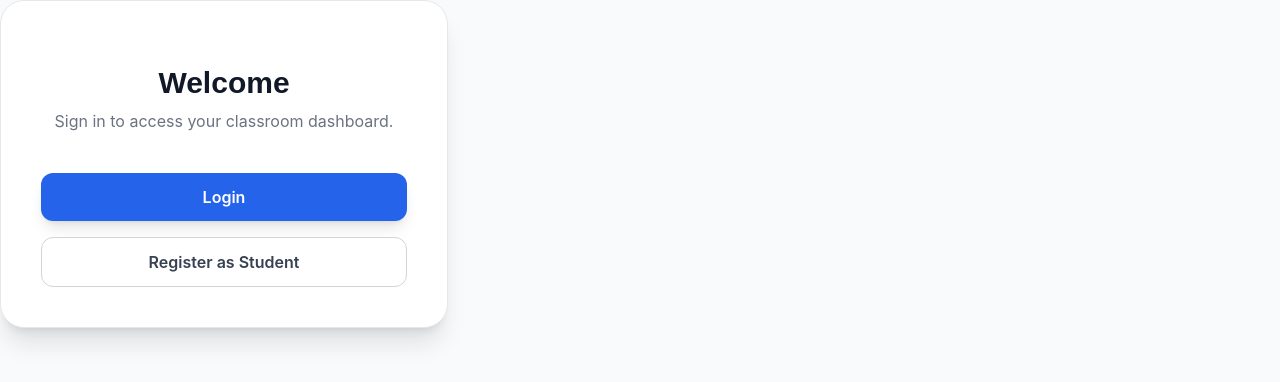
Repository: Chocovcandy/Classroom_Management_System
Page: http://localhost/Login_page
An editor plug-in stored every save of this project. The page is shown before and after the next save, followed by the edit.
The browser window is 1280 px wide. The pictures show the whole page.
Some web libraries are served in a nearby version. The page is served by the project's Laravel application, run on PHP 8.4 with Laravel 12. Other server files are loaded and not shown.

Above is the page before, as saved 2026-08-13 22:49:54.

### routes/web.php
<?php

use App\Http\Controllers\ProfileController;
use App\Http\Controllers\RoleSelectController;
use Illuminate\Support\Facades\Route;
use App\Http\Controllers\Admin\DepartmentController;
use App\Http\Controllers\Admin\UserController;

//public routes
Route::get('/', function () {
    return view('welcome');
})->name('welcome');

Route::get('/Login_page', function () {
    return view('Login_page');
})->name('Login_page');


// Authentication routes (login, register, etc.) are provided by Breeze
Route::middleware(['auth'])->group(function () {

    // Role selection (after login)
    Route::get('/role/select', [RoleSelectController::class, 'show'])
        ->name('role.select');

    Route::post('/role/select', [RoleSelectController::class, 'store'])
        ->name('role.select.store');

    // Profile (any logged-in user)
    Route::controller(ProfileController::class)->group(function () {
        Route::get('/profile', 'edit')->name('profile.edit');
        Route::patch('/profile', 'update')->name('profile.update');
        Route::delete('/profile', 'destroy')->name('profile.destroy');
    });

    // Admin routes
    Route::prefix('admin')
        ->name('admin.')
        ->middleware(['role:Admin'])
        ->group(function () {

            Route::view('/dashboard', 'admin.dashboard')
                ->name('dashboard');

            Route::resource('users', UserController::class);
            Route::resource('departments', DepartmentController::class);
        });

 // Dean rputes
    Route::prefix('dean')
        ->name('dean.')
        ->middleware(['role:Dean'])
        ->group(function () {
            Route::view('/dashboard', 'dean.dashboard')
                ->name('dashboard');
        });

    //HoD routes
    Route::prefix('hod')
        ->name('hod.')
        ->middleware(['role:HoD'])
        ->group(function () {
            Route::view('/dashboard', 'hod.dashboard')
                ->name('dashboard');
        });

    // Professor routes
    Route::prefix('professor')
        ->name('professor.')
        ->middleware(['role:Professor'])
        ->group(function () {
            Route::view('/dashboard', 'professor.dashboard')
                ->name('dashboard');
        });

    // Student routes
    Route::prefix('student')
        ->name('student.')
        ->middleware(['role:Student'])
        ->group(function () {
            Route::view('/dashboard', 'student.dashboard')
                ->name('dashboard');
        });


});

require __DIR__.'/auth.php';

### resources/views/Login_page.blade.php
<!DOCTYPE html>
<html lang="en">

<head>
    <meta charset="UTF-8">
    <meta name="viewport" content="width=device-width, initial-scale=1.0">
    <!--=============== BOXICONS ===============-->
    <link rel="stylesheet" href="https://cdn.jsdelivr.net/npm/boxicons@latest/css/boxicons.min.css">

    <link rel="stylesheet" href="/assets/css/login_style.css">
    <link rel="stylesheet" href="/assets/css/welcome_style.css">

    <title>Classroom Management System</title>

    <!-- Tailwind CDN (quick setup) -->
    <script src="https://cdn.tailwindcss.com"></script>
</head>
<body>


            <div class="min-h-screen bg-slate-50">





                    <!-- Right -->

                    <div class="w-full max-w-md bg-white rounded-3xl border border-gray-200 shadow-xl p-10">

                        <!-- Header -->
                        <div class="text-center">



                            <h2 class="mt-6 text-3xl font-bold text-gray-900">
                                Welcome
                            </h2>

                            <p class="mt-2 text-gray-500">
                                Sign in to access your classroom dashboard.
                            </p>

                        </div>

                        @guest

                            <div class="mt-10 space-y-4">

                                <a href="{{ route('login') }}"
                                    class="flex items-center justify-center rounded-xl bg-blue-600 py-3 font-semibold text-white shadow-lg hover:bg-blue-700 hover:shadow-xl transition duration-300">

                                    Login

                                </a>

                                @if (Route::has('register'))

                                    <a href="{{ route('register') }}"
                                        class="flex items-center justify-center rounded-xl border border-gray-300 bg-white py-3 font-semibold text-gray-700 hover:bg-gray-50 transition duration-300">

                                        Register as Student

                                    </a>

                                @endif

                            </div>

                        @endguest


                        @auth

                            @php
                                $role = auth()->user()->roles->first()->role_name ?? 'User';
                            @endphp

                            <div class="mt-8">

                                <!-- User Card -->
                                <div class="rounded-2xl bg-slate-50 border border-slate-200 p-5 text-center">

                                    <div
                                        class="mx-auto flex h-14 w-14 items-center justify-center rounded-full bg-blue-100 text-blue-700 font-bold text-xl">

                                        {{ strtoupper(substr(auth()->user()->name, 0, 1)) }}

                                    </div>

                                    <h3 class="mt-4 text-xl font-semibold text-gray-900">
                                        {{ auth()->user()->name }}
                                    </h3>

                                    <span
                                        class="inline-flex mt-2 rounded-full bg-blue-100 px-3 py-1 text-sm font-medium text-blue-700">

                                        {{ $role }}

                                    </span>

                                </div>

                                <!-- Dashboard Button -->

                                @if ($role === 'Admin')
                                <a href="{{ route('admin.dashboard') }}" @elseif ($role === 'Dean')
                                href="{{ route('dean.dashboard') }}" @elseif ($role === 'HoD')
                                    href="{{ route('hod.dashboard') }}" @elseif ($role === 'Professor')
                                    href="{{ route('professor.dashboard') }}" @elseif ($role === 'Student')
                                    href="{{ route('student.dashboard') }}" @endif
                                    class="mt-6 flex justify-center rounded-xl bg-emerald-600 py-3 font-semibold text-white shadow-lg hover:bg-emerald-700 transition">

                                    Go to Dashboard

                                </a>

                                <form method="POST" action="{{ route('logout') }}" class="mt-4">
                                    @csrf

                                    <button type="submit"
                                        class="w-full rounded-xl border border-red-300 py-3 font-medium text-red-600 hover:bg-red-50 transition">

                                        Logout

                                    </button>

                                </form>

                            </div>

                        @endauth

                    </div>
                </div>


    </div>


</body>

</html>

### public/assets/css/login_style.css
.img_svg8 svg {
    display: block;
    width: 100%;
    max-width: 420px;
    margin: 0 auto 0px;
}

### public/assets/css/welcome_style.css
/*=============== GOOGLE FONTS ===============*/
@import url("https://fonts.googleapis.com/css2?family=Poppins:wght@400;600;700&display=swap");
/*=============== VARIABLES CSS ===============*/
:root {
    --header-height: 3rem;
    /*========== Colors ==========*/
    --hue: 45;
    --sat: 98%;
    --first-color: hsl(var(--hue), var(--sat), 60%);
    --first-color-light: hsl(var(--hue), var(--sat), 85%);
    --first-color-lighten: hsl(var(--hue), var(--sat), 80%);
    --first-color-alt: hsl(var(--hue), var(--sat), 53%);
    --title-color: hsl(var(--hue), 4%, 15%);
    --text-color: hsl(var(--hue), 4%, 35%);
    --text-color-light: hsl(var(--hue), 4%, 65%);
    --body-color: hsl(var(--hue), 0%, 100%);
    --container-color: #fff;
    --scroll-bar-color: hsl(var(--hue), 4%, 85%);
    --scroll-thumb-color: hsl(var(--hue), 4%, 75%);
    /*========== Font and typography ==========*/
    --body-font: "Poppins", sans-serif;
    --biggest-font-size: 2rem;
    --h2-font-size: 1.25rem;
    --h3-font-size: 1.2rem;
    --normal-font-size: 0.938rem;
    --small-font-size: 0.813rem;
    --smaller-font-size: 0.75rem;
    /*========== Font weight ==========*/
    --font-semi-bold: 600;
    --font-bold: 700;
    /*========== Margenes ==========*/
    --mb-0-5: 0.5rem;
    --mb-0-75: 0.75rem;
    --mb-1: 1rem;
    --mb-1-5: 1.5rem;
    --mb-2: 2rem;
    /*========== z index ==========*/
    --z-tooltip: 10;
    --z-fixed: 100;
}

@media screen and (min-width: 968px) {
    :root {
        --biggest-font-size: 3rem;
        --h2-font-size: 1.75rem;
        --h3-font-size: 1.25rem;
        --normal-font-size: 1rem;
        --small-font-size: 0.875rem;
        --smaller-font-size: 0.813rem;
    }
}
/*=============== BASE ===============*/
*,
::before,
::after {
    box-sizing: border-box;
    padding: 0;
    margin: 0;
}

html {
    scroll-behavior: smooth;
    scroll-padding-top: 6rem;
}

body {
    margin: var(--header-height) 0 0 0;
    font-size: var(--normal-font-size);
    background: #f5f7fb;
    color: var(--text-color);
    transition: 0.5s;
    font-family: "Inter", sans-serif;
}

h1,
h2,
h3 {
    font-family: "Plus Jakarta Sans", sans-serif;
    color: var(--title-color);
    line-height: 1.5;
}

ul {
    list-style: none;
}

a {
    text-decoration: none;
}
section {
    scroll-margin-top: -70px;
}

.container {
    width: 70%;
    max-width: 1200px;
    margin: 0 auto;
    padding: 0 70px;
    box-sizing: border-box;
}
/*========== Button Dark/Light ==========*/
.change-theme {
    position: absolute;
    right: 1.5rem;
    top: 2.2rem;
    color: var(--title-color);
    font-size: 1.8rem;
    cursor: pointer;
}

.dark-theme .footer {
    background-color: var(--container-color);
}

/*=============== REUSABLE CSS CLASSES ===============*/
.section {
    padding: 4.5rem 0 1rem;
}

.section__title,
.section__title-center {
    font-size: var(--h2-font-size);
    color: var(--title-color);
    text-align: center;
    margin-bottom: var(--mb-1);
}

.svg__img {
    width: 300px;
    justify-self: center;
}

/*=============== LAYOUT ===============*/
.container {
    max-width: 1600px;
    margin-left: auto;
    margin-right: auto;
    /* background-color: red; */
}

.grid {
    display: grid;
    gap: 4.5rem;
}

/*=============== HEADER ===============*/
.header {
    position: fixed;
    top: 25px;
    left: 0;
    width: 100%;
    z-index: 1000;
    background: transparent;
}

/*=============== NAV ===============*/
.nav {
    max-width: 1300px;
    margin: 10px;
    height: 60px;
    display: flex;
    justify-content: space-between;
    align-items: center;

    padding: 0 20px;

    background: white;
    backdrop-filter: blur(20px);
    /* -webkit-backdrop-filter: blur(20px); */

    border-radius: 40px;

    box-shadow: 0 10px 30px rgba(0, 0, 0, 0.08);

    border: 1px solid rgba(255, 255, 255, 0.5);

    position: fixed;
    top: 0px;
    left: 50%;
    transform: translateX(-50%);
    z-index: 1000;
}
.LU_logo {
    width: 220px;
    margin-left: 22px;
}
.nav__menu {
    flex: 1;
    display: flex;
    justify-content: center;
}
.nav__list {
    display: flex;
    /* gap:18px; */
    list-style: none;
}

.nav__link {
    padding: 10px 18px;
    border-radius: 30px;

    text-decoration: none;
    color: #555;

    font-weight: 600;

    transition: 0.3s;
}
.nav__link:hover {
    background: hsl(219, 77%, 62%);
    color: #f3f4f6;
}

.active-link {
    background: hsl(219, 77%, 62%);
    color: #f3f4f6;
}
.nav__actions {
    display: flex;
    align-items: center;
}
#getStarted {
    padding: 12px 24px;
    border-radius: 40px;
    background: var(--first-color);
    color: #fff;
    text-decoration: none;
    font-weight: 600;
    transition: 0.3s;
}

#getStarted:hover {
    transform: translateY(-2px);
    box-shadow: 0 10px 20px rgba(0, 0, 0, 0.15);
}

/*=============== SVG Image ===============*/
.img_svg1 svg {
    width: 100%;
    max-width: 500px;
    /* margin-left: 55px; */
}

.img_svg2 svg {
    width: 100%;
    max-width: 480px;
    margin-left: 50px;
}
.img_svg3 svg {
    width: 100%;
    display: block;
    max-width: 200px;
    margin-left: 20px;
    margin: 0 auto 0px;
}
.img_svg4 svg {
    margin-top: 80px;
    display: block;
    width: 100%;
    max-width: 235px;
    margin: 0 auto 0px;
}
.img_svg5 svg {
    display: block;
    /* width: 100%; */
    max-width: 180px;
    padding-top: 20px;
    padding-bottom: 20px;
    margin: 0 auto 0px;
}
.img_svg6 svg {
    display: block;
    /* width: 100%; */
    max-width: 210px;
    padding-top: 20px;
    padding-bottom: 20px;
    margin: 0 auto 0px;
}
.img_svg7 svg {
    display: block;
    width: 100%;
    max-width: 180px;
    margin: 0 auto 0px;
}

.image_01 img {
    width: 100%;
    max-width: 180px;
    height: 180px;
    object-fit: cover;
    border-radius: 50%;
    display: block;
    margin: 0 auto;
}
.image_02 img {
    width: 100%;
    max-width: 180px;
    height: 180px;
    object-fit: cover;
    border-radius: 50%;
    display: block;
    margin: 0 auto;
}
.img_svg1 {
    display: flex;
    justify-content: center;
    position: relative;
}

.img_svg1 svg {
    width: 100%;
    max-width: 560px;
    animation: float 5s ease-in-out infinite;
}

/*================ HOME =================*/
.home {
    position: relative;
    min-height: 85vh;
    padding-top: 110px;
    line-height: 1.1;
    display: flex;
    align-items: center;

    overflow: hidden;
}

.home__container {
    display: grid;
    grid-template-columns: 1.05fr 0.95fr;
    align-items: center;
    gap: 50px;
}

.home__data {
    max-width: 700px;
}

.home__title {
    max-width: 800px;
    margin-bottom: 1.5rem;

    font-size: clamp(2.5rem, 4vw, 4rem);
    font-weight: 600;
    line-height: 1.08;
    letter-spacing: -2px;

    color: #1f2937;
}

.home__description {
    max-width: 550px;
    margin-bottom: 2.5rem;

    font-size: 1.1rem;
    line-height: 1.8;

    color: #6b7280;
}

.home__buttons {
    display: flex;
    gap: 18px;
}

.home__visual {
    display: flex;
    justify-content: center;
    align-items: center;
}

.home__illustration {
    width: 100%;
    max-width: 520px;
}
.home__title span {
    color: #266bda;
}
.home__badge {
    display: inline-flex;
    align-items: center;
    gap: 9px;

    padding: 8px 15px;
    margin-bottom: 22px;

    border: 1px solid rgba(79, 70, 229, 0.18);
    border-radius: 999px;

    background: rgba(79, 70, 229, 0.06);

    color: #266bda;
    font-size: 12px;
    font-weight: 600;
    letter-spacing: 0.6px;

    box-shadow: 0 4px 15px rgba(79, 70, 229, 0.06);
}

.home__badge-dot {
    width: 7px;
    height: 7px;

    border-radius: 50%;
    background: #266bda;

    box-shadow: 0 0 0 4px rgba(79, 70, 229, 0.1);
}

#campuses {
    padding-top: 60px;
}

@keyframes float {
    0%,
    100% {
        transform: translateY(0);
    }

    50% {
        transform: translateY(-15px);
    }
}

#features {
    padding-top: 30px;
}

.features__title {
    text-align: center;
    font-size: 2.5rem;
    font-weight: 700;
    margin-bottom: 3.5rem;
    position: relative;
    margin-top: 40px;
}

.features__title::after {
    content: "";
    display: block;
    width: 50px;
    height: 7px;
    margin: 12px auto 0;
    border-radius: 10px;
    background: hsl(219, 77%, 62%);
}

.services__container--two {
    width: 100% !important;
    max-width: 2000px !important;
    margin: 0 auto !important;

    display: grid !important;
    grid-template-columns: repeat(2, minmax(0, 1fr)) !important;
    gap: 2.5rem !important;
}

.services__container--two .card__container {
    width: 100% !important;
    max-width: none !important;
}
section.services.section.container {
  margin-top: 30px;
}

#feature {
    padding-top: 200px;
}

#services__description {
    margin-top: 20px;
}

#services {
    margin-top: 210px;
}

/*=============== BUTTONS ===============*/
.button {
    display: inline-flex;
    align-items: center;
    justify-content: center;

    background: hsl(219, 77%, 62%);
    color: #fff;

    padding: 0.75rem 1.6rem;
    border: 2px solid transparent;
    border-radius: 2rem;

    font-weight: 600;
    text-decoration: none;

    box-shadow: 0 5px 15px hsla(219, 77%, 62%, 0.25);

    transition: all 0.3s ease;
}

.button:hover {
    background: transparent;
    color: hsl(219, 77%, 62%);
    border-color: hsl(219, 77%, 62%);
    box-shadow: none;
    transform: translateY(-2px);
}

.button:active {
    transform: translateY(-1px);
}

.button__header {
    display: none;
}

.button-link {
    background: none;
    padding: 0;
    color: var(--title-color);
}

.button-link:hover {
    background-color: transparent;
}

.button-flex {
    display: inline-flex;
    align-items: center;
    column-gap: 0.25rem;
    padding: 0.75rem 1rem;
}

.button__icon {
    font-size: 1.5rem;
}

/*=============== ABOUT ===============*/
.about__container {
    gap: 2.5rem;
    padding-top: 60px;
}

.about__data {
    text-align: center;
    margin-top: 45px;
}
.about__description {
    font-size: 17px;
    line-height: 1.8;
}

/*=============== Annoucement ===============*/
.annoucement__container {
    gap: 2.5rem;
    padding-top: 140px;
}
.annoucement__description {
    font-size: 17px;
    line-height: 1.8;
}

.annoucement__data {
    text-align: center;
}

/*=============== SERVICES ===============*/
.card__container {
    display: grid;
    row-gap: 1rem;
    background-color: var(--container-color);
    box-shadow: 0px 2px 6px hsla(var(--hue), 100%, 15%, 0.15);
    padding: 2rem 1.5rem;
    border-radius: 1rem;
    text-align: center;
}
#services {
    padding-top: 45px;
}

.services__img {
    width: 135px;
    justify-self: center;
    margin-bottom: var(--mb-0-5);
}
.contact__card {
    background: #fff;
    border-radius: 20px;
    overflow: hidden;
    box-shadow: 0 10px 30px rgba(0, 0, 0, 0.08);
    transition: 0.35s;
}

.contact__card:hover {
    transform: translateY(-8px);
    box-shadow: 0 18px 40px rgba(0, 0, 0, 0.12);
}

.contact__image {
    width: 100%;
    height: 200px;
    object-fit: cover;
}

.contact__badge {
    display: inline-block;
    margin: 1.25rem 1.5rem 0.5rem;
    padding: 0.35rem 0.8rem;
    border-radius: 30px;
    background: var(--first-color-light);
    color: var(--title-color);
    font-size: 0.8rem;
    font-weight: 600;
}

.contact__title {
    margin: 0 1.5rem;
    font-size: 1.3rem;
}

.contact__text {
    margin: 0.75rem 1.5rem;
    color: var(--text-color);
    line-height: 1.7;
}

.contact__info {
    margin: 1.25rem 1.5rem 2rem;
    display: grid;
    gap: 0.7rem;
    color: var(--text-color);
}

.contact.section.container {
    max-width: 1000px;
    /* margin: 0 auto; */
    /* margin: 0 auto; */
}

.contact__description {
    text-align: center;
    max-width: 650px;
    margin: 0 auto 20px;
    color: var(--text-color);
}
#contact {
    padding-top: 160px;
}

/*=============== CONTACT ===============*/

/* .contact__container  grid{
    display:grid;
    grid-template-columns:repeat(auto-fit,minmax(340px,1fr));
    gap:2rem;
    max-width:2800px;
    margin:auto;
}
.contact__description {
    text-align: center;
}

.contact__content {
    row-gap: 0.75rem;
}

.contact__address {
    font-size: var(--small-font-size);
    font-weight: var(--font-semi-bold);
    color: var(--title-color);
}

.contact__information {
    font-weight: initial;
    color: var(--text-color);
}
 */

/*=============== FOOTER ===============*/
.footer {
    background-color: var(--first-color-lighten);
    padding-bottom: 2rem;
}

.footer__container {
    row-gap: 2rem;
}

.footer__logo,
.footer__title {
    font-size: var(--h3-font-size);
    margin-bottom: var(--mb-0-75);
}

.footer__logo {
    display: inline-block;
    font-weight: var(--font-semi-bold);
    color: var(--title-color);
}

.footer__description,
.footer__link {
    font-size: var(--small-font-size);
}

.footer__links {
    display: grid;
    row-gap: 0.5rem;
}

.footer__link {
    color: var(--title-color);
}

.footer__social {
    display: flex;
    column-gap: 1.5rem;
}

.footer__social-link {
    font-size: 1.25rem;
    color: var(--title-color);
}

.footer__copy {
    margin-top: 6rem;
    text-align: center;
    font-size: var(--smaller-font-size);
    color: var(--text-color);
}

/*=============== SCROLL UP ===============*/
.scrollup {
    position: fixed;
    background: var(--first-color);
    right: 1rem;
    bottom: -20%;
    display: inline-flex;
    padding: 0.3rem;
    border-radius: 0.25rem;
    z-index: var(--z-tooltip);
    opacity: 0.8;
    transition: 0.4s;
}

.scrollup:hover {
    background-color: var(--first-color);
    opacity: 1;
}

.scrollup__icon {
    font-size: 1.25rem;
    color: var(--title-color);
}

/* Show Scroll Up*/
.show-scroll {
    bottom: 3rem;
}

/*=============== SCROLL BAR ===============*/
::-webkit-scrollbar {
    width: 0.6rem;
    border-radius: 0.5rem;
    background-color: var(--scroll-bar-color);
}

::-webkit-scrollbar-thumb {
    background-color: var(--scroll-thumb-color);
    border-radius: 0.5rem;
}

::-webkit-scrollbar-thumb:hover {
    background-color: var(--text-color-light);
}

/*=============== MEDIA QUERIES ===============*/

/* Small devices */
@media screen and (max-width: 360px) {
    .svg__img {
        width: 100%;
    }
    .section {
        padding: 3.5rem 0 1rem;
    }
    .services__img {
        width: 100px;
    }

    .app__buttons {
        grid-template-columns: max-content;
    }
    .contact__container {
        grid-template-columns: 1fr;
    }
}

/* Medium devices */
@media screen and (min-width: 576px) {
    .svg__img {
        width: 100%;
    }

    .section__title-center {
        text-align: center;
    }

    .home__container,
    .about__container,
    .annoucement__container,
    .services__container,
    .app__container,
    .footer__container {
        grid-template-columns: repeat(2, 1fr);
    }

    .home__img {
        order: 1;
    }

    .home__container,
    .about__container,
    .annoucement__container,
    .app__container {
        align-items: center;
    }

    .about__data,
    .annoucement__data,
    .app__data,
    .contact__description {
        text-align: center;
    }

    .about__img,
    .app__img {
        order: -1;
    }

    /* Contact Cards */
    .contact__container {
        grid-template-columns: repeat(2, 1fr);
    }
}

/* Tablet */
@media screen and (min-width: 767px) {
    body {
        margin: 0;
    }

    .section {
        padding: 6rem 0 2rem;
    }

    .nav {
        height: calc(var(--header-height) + 1.5rem);
    }

    .nav__list {
        flex-direction: row;
        column-gap: 2.5rem;
    }

    .nav__toggle {
        display: none;
    }

    .change-theme {
        position: initial;
    }

    .home__container {
        padding: 6rem 0 2rem;
    }

    .app__buttons {
        justify-content: initial;
    }
}

/* Large devices */
@media screen and (min-width: 968px) {
    .button__header {
        display: block;
    }

    .svg__img {
        width: 470px;
    }

    .about__container,
    .annoucement__container,
    .app__container {
        column-gap: 6rem;
    }

    .services__container {
        grid-template-columns: repeat(3, 1fr);
    }

    /* Contact Cards */
    .contact__container {
        grid-template-columns: repeat(3, 1fr);
    }

    .footer__container {
        grid-template-columns: repeat(5, 1fr);
    }

    .footer__social {
        align-items: flex-start;
    }

    .footer__social-link {
        font-size: 1.45rem;
    }
}

/* Desktop */
@media screen and (min-width: 1024px) {
    .container {
        margin-left: auto;
        margin-right: auto;
    }

    .home__img {
        width: 540px;
    }

    .home__description {
        padding-right: 5rem;
    }

    .footer__container {
        column-gap: 3rem;
    }

    .scrollup {
        right: 2rem;
    }
}

Loaded but not shown: routes/auth.php (common file); app/Http/Controllers/Auth/EmailVerificationPromptController.php (common file); app/Http/Controllers/Controller.php (common file); app/Http/Controllers/Auth/VerifyEmailController.php (common file)

After the next save:
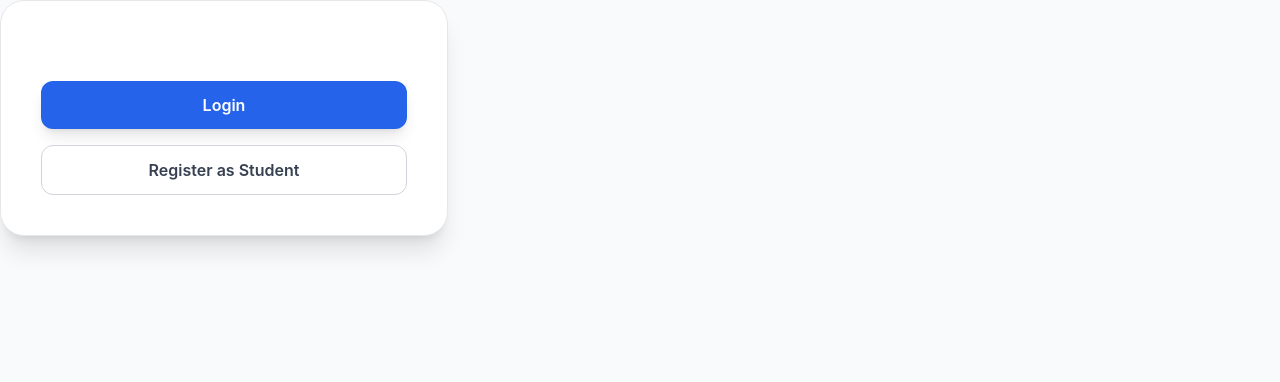
Saved 15 s later.
--- a/resources/views/Login_page.blade.php
+++ b/resources/views/Login_page.blade.php
@@ -27,21 +27,6 @@
                     <!-- Right -->
 
                     <div class="w-full max-w-md bg-white rounded-3xl border border-gray-200 shadow-xl p-10">
-
-                        <!-- Header -->
-                        <div class="text-center">
-
-
-
-                            <h2 class="mt-6 text-3xl font-bold text-gray-900">
-                                Welcome
-                            </h2>
-
-                            <p class="mt-2 text-gray-500">
-                                Sign in to access your classroom dashboard.
-                            </p>
-
-                        </div>
 
                         @guest
 
